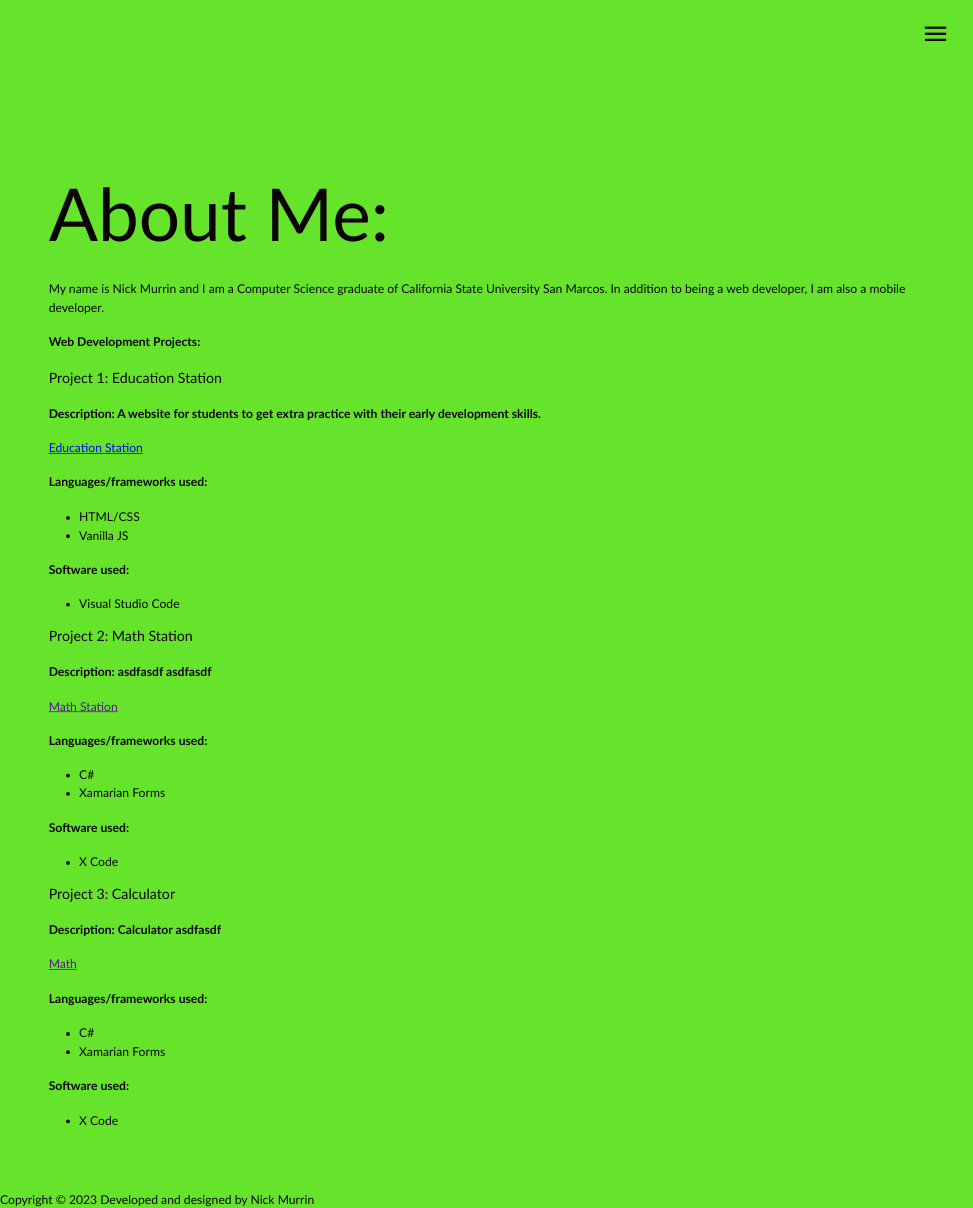
Repository: collegedude9300/modernport
Page: about.html
These files come from the project's save history. The page is drawn as it stood at one moment and after the next save; the edit follows.
The browser window is 1280 px wide. The pictures show the whole page, at 76% of full size.

Above is the page before, as saved 2023-06-26 21:32:50.

After the next save:
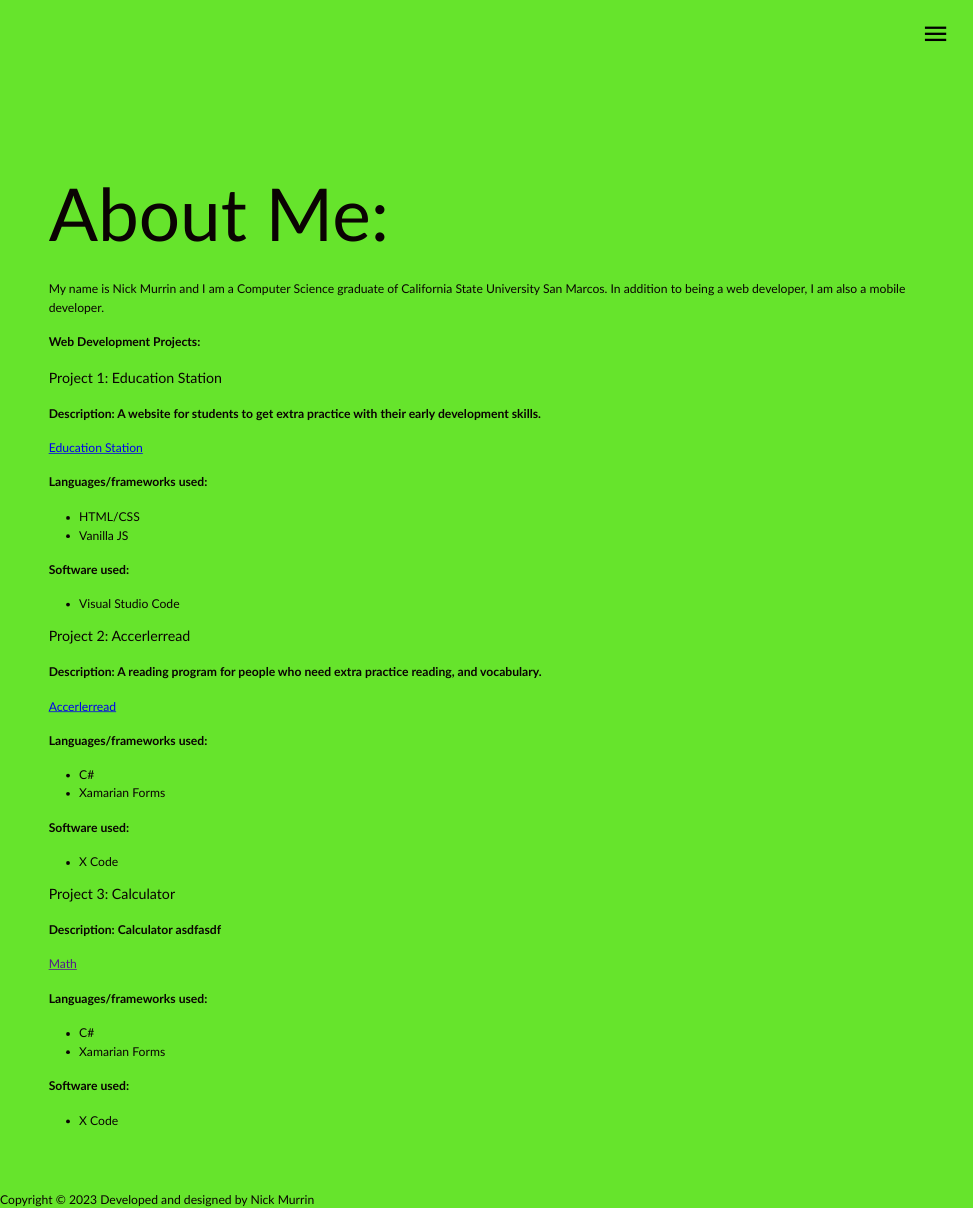
Saved 80 s later.
--- a/about.html
+++ b/about.html
@@ -70,9 +70,9 @@ About Me:
 </ul>
       </div>
       <div class="project2">
-        <h3>Project 2: Math Station</h3>
-        <h4>Description:  asdfasdf asdfasdf </h4>
-        <a href=""/> Math Station </a>
+        <h3>Project 2: Accerlerread</h3>
+        <h4>Description: A reading program for people who need extra practice reading, and vocabulary. </h4>
+        <a href="https://accelerread.vercel.app/"/> Accerlerread </a>
 <h4> Languages/frameworks used: </h4>
 <ul>
   <li>C#</li>
